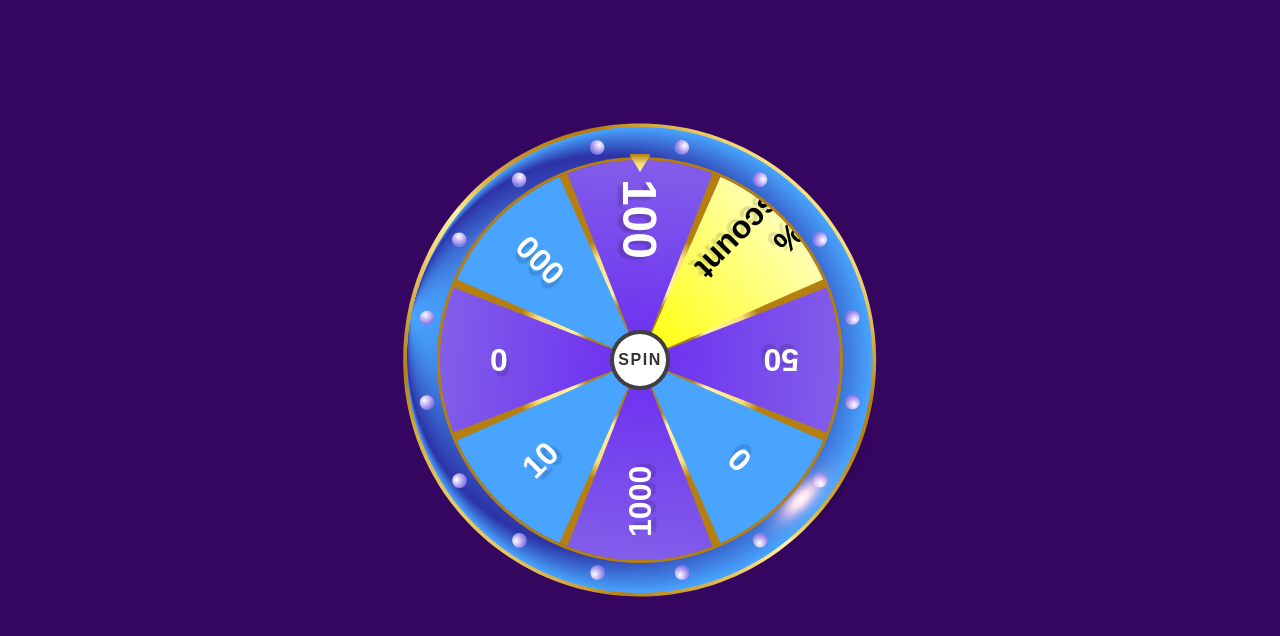
Repository: Jacques-Jaki-Morkel/FundedMarketplace_WheelofFortune
Page: index.html
The author's editor kept a copy of each file at every save. The page is drawn from the files as they stood at one save, then again after the next save.
The browser window is 1280 px wide. The pictures show the whole page.

Above is the page before, as saved 2025-08-14 13:59:09.

### index.html
<!DOCTYPE html>
<html lang="en">

<head>
    <meta charset="UTF-8">
    <meta name="viewport" content="width=device-width, initial-scale=1.0">
    <title>Wheel of Fortune - Funded Marketplace</title>
    <link rel="stylesheet" href="styles.css">
</head>

<body>
    <div class="container">
        <div class="spinBtn">
            SPIN
        </div>
        <img class="wheel-frame" src="assets/rings.svg" alt="wheel rings">
        <div class="wheel">
            <div class="number" style=" --i:1 ;">
                <span><div><h2>100</h2></div></span>
            </div>
            <div class="number" style=" --i:2 ;--clr2: linear-gradient(var(--angle), white, yellow);">
                <span class="ulitmatePrize">90% Discount</span>
            </div>
            <div class="number" style=" --i:3 ;">
                <span>50</span>
            </div>
            <div class="number" style=" --i:4 ;--clr2: linear-gradient(var(--angle), #8b72e7 0%, #48a4ff 7%, #48a4ff 89%,  #3638ad 100%);">
                <span>0</span>
            </div>
            <div class="number" style=" --i:5 ;">
                <span>1000</span>
            </div>
            <div class="number" style=" --i:6 ;--clr2: linear-gradient(var(--angle), #8b72e7 0%, #48a4ff 7%, #48a4ff 89%,  #3638ad 100%);">
                <span>10</span>
            </div>
            <div class="number" style=" --i:7 ;">
                <span>0</span>
            </div>
            <div class="number" style=" --i:8 ;--clr2: linear-gradient(var(--angle), #8b72e7 0%, #48a4ff 7%, #48a4ff 89%,  #3638ad 100%);">
                <span>000</span>
            </div>
        </div>
    <div>
    <script src="script.js"></script>
</body>

</html>

### styles.css
* {
    margin: 0;
    padding: 0;
    box-sizing: border-box;
    font-family: 'Poppins', sans-serif;
}

body {
    display: flex;
    justify-content: center;
    align-items: center;
    min-height: 100vh;
    background: rgb(52, 6, 96);
}

.container {
    position: relative;
    width: 400px;
    height: 400px;
    display: flex;
    justify-content: center;
    align-items: center;
}

.container .spinBtn {
    position: absolute;
    width: 60px;
    height: 60px;
    background: #fff;
    border-radius: 50%;
    z-index: 10;
    display: flex;
    justify-content: center;
    align-items: center;
    text-transform: uppercase;
    font-weight: 600;
    color: #333;
    letter-spacing: 0.1em;
    border: 4px solid rgba(0, 0, 0, 0.75);
    cursor: pointer;
    user-select: none;
}

.container .spinBtn::before {
    content: '';
    position: absolute;
    top: -180px;
    width: 20px;
    transform: rotate(180DEG);
    height: 30px;
    background: linear-gradient(#b57e10  ,#fff3a6 , #f9df7b , #b57e10 );
    clip-path: polygon(50% 40%, -5% 100%, 105% 100%);
}

.container .wheel {
    position: absolute;
    top: 50%;
    left: 50%;
    width: 100%;
    height: 100%;
    inset: 0;
    border-radius: 50%;
    overflow: hidden; /* keeps slices inside the wheel */
    z-index: 2; /* above frame */
    background: radial-gradient(#b57e10 20%, #fff3a6 25%, #f9df7b 39%, #b57e10 45%);
     box-shadow: 0 0 0 3px rgba(181, 126, 16, 1)


}

.wheel-frame {
    position: absolute;
    top: 50%;
    left: 50%;
    width: 170%; /* bigger than wheel */
    height: 170%;
    transform: translate(-50%, -50%);
    z-index: 1; /* behind the wheel */
    pointer-events: none; /* allows clicking wheel slices */
}


.container .wheel .number {
    position: absolute;
    width: 50%;
    height: 50%;
    background:var(--clr2, linear-gradient(var(--angle), #8b72e7, #6b2df0));
    --angle: 140deg;
    transform-origin: bottom right;
    transform: rotate(calc(45deg * var(--i)));
    clip-path: polygon(0 0, 56% 0, 100% 100%, 0 56%);
    display: flex;
    justify-content: center;
    align-items: center;
    user-select: none;
    cursor: pointer;
}

.container .wheel .number span {
    position: relative;
    transform: rotate(45deg);
    color: #fff;
    font-size: 2em;
    font-weight: 700;
    text-shadow: 3px 5px 2px rgba(0, 0, 0, 0.15);
}
.ulitmatePrize{
    position: relative;
    transform: rotate(45deg);
    color: #000 !important;
    font-size: 2em;
    font-weight: 700;
    text-shadow: 3px 5px 2px rgba(0, 0, 0, 0.15);
}

/* .container .wheel .number span::after {
    content: '$';
    padding-left: 5px;
    position: absolute;
    font-size: 0.75em;
    font-weight: 500;
} */

### script.js
const wheel = document.querySelector('.wheel');
const spinButton = document.querySelector('.spinBtn');
const value = Math.ceil(Math.random() * 360);

spinButton.addEventListener('click', () => {
    const rotations = Math.max(Math.random() * 100, 15); // Ensure at least 15 full rotations
    const randomDegree = Math.floor(Math.random() * (360*rotations)) + 720; // Ensure at least two full rotations
    const finalDegree = value + randomDegree;

    wheel.style.transition = 'transform 5s ease-in-out';
    wheel.style.transform = `rotate(${finalDegree}deg)`;

//     spin styles
//     cubic-bezier(0.33, 1, 0.68, 1)
})

After the next save:
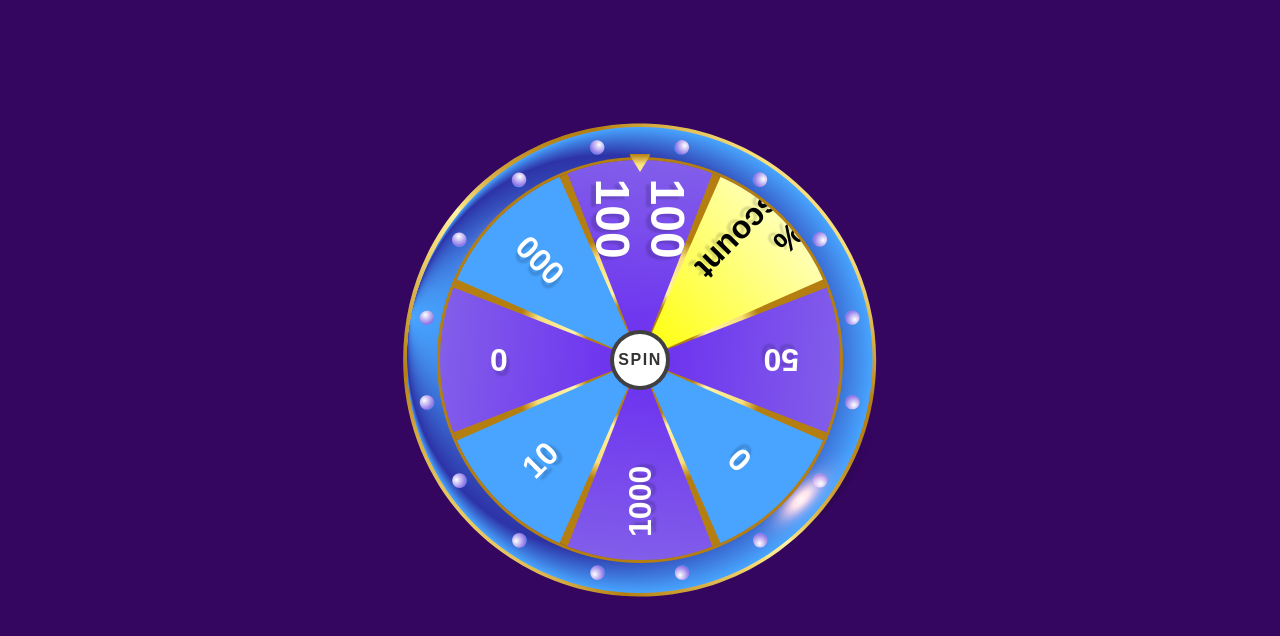
Saved 119 s later.
--- a/index.html
+++ b/index.html
@@ -16,7 +16,7 @@
         <img class="wheel-frame" src="assets/rings.svg" alt="wheel rings">
         <div class="wheel">
             <div class="number" style=" --i:1 ;">
-                <span><div><h2>100</h2></div></span>
+                <span><div><h2>100</h2><h2>100</h2></div></span>
             </div>
             <div class="number" style=" --i:2 ;--clr2: linear-gradient(var(--angle), white, yellow);">
                 <span class="ulitmatePrize">90% Discount</span>
